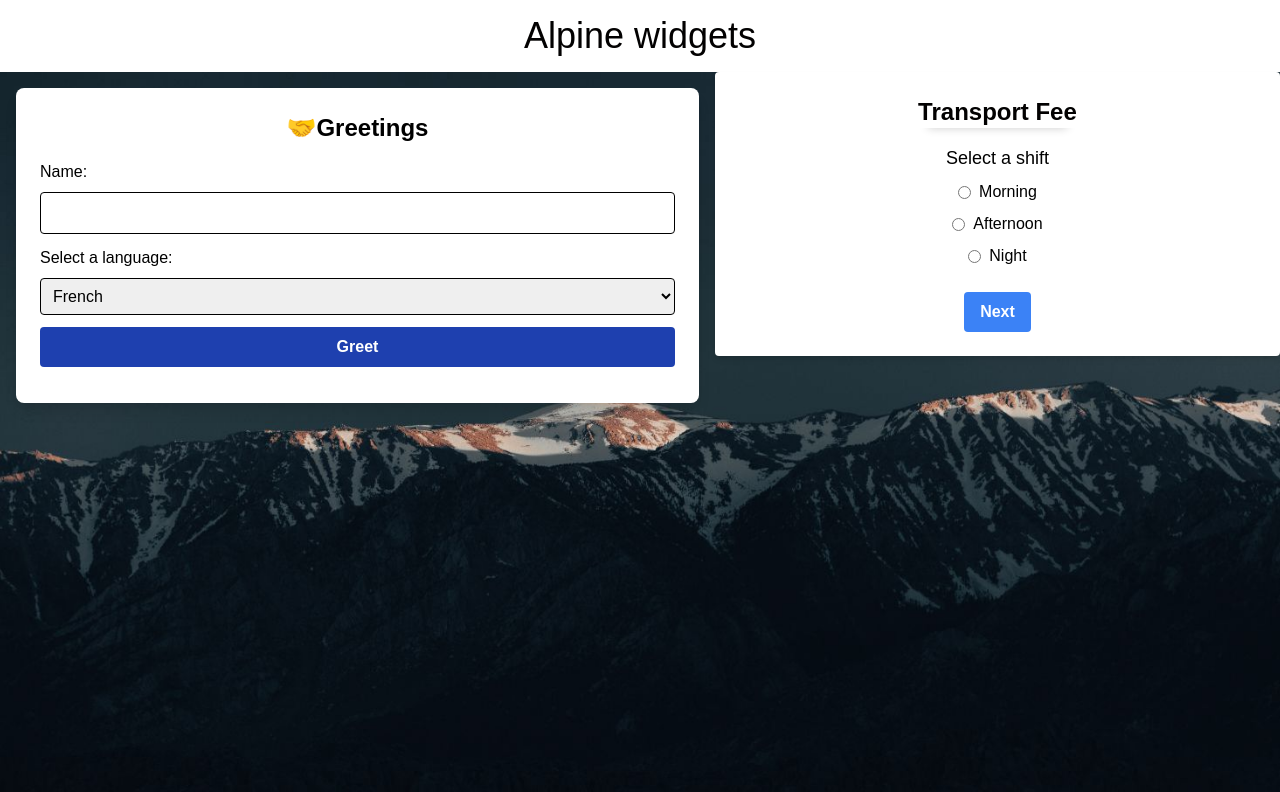
Repository: lasity34/alpine-bootcamp-widgets
Page: index.html
These files come from the project's save history. The page is drawn as it stood at one moment and after the next save; the edit follows.
The browser window is 1280 px wide. The pictures show the whole page.
Some web fonts or font styles are not loaded; a fallback is used. Some web libraries are served in a nearby version.

Above is the page before, as saved 2023-07-12 15:31:43.
Console error: ReferenceError: shift is not defined

After the next save:
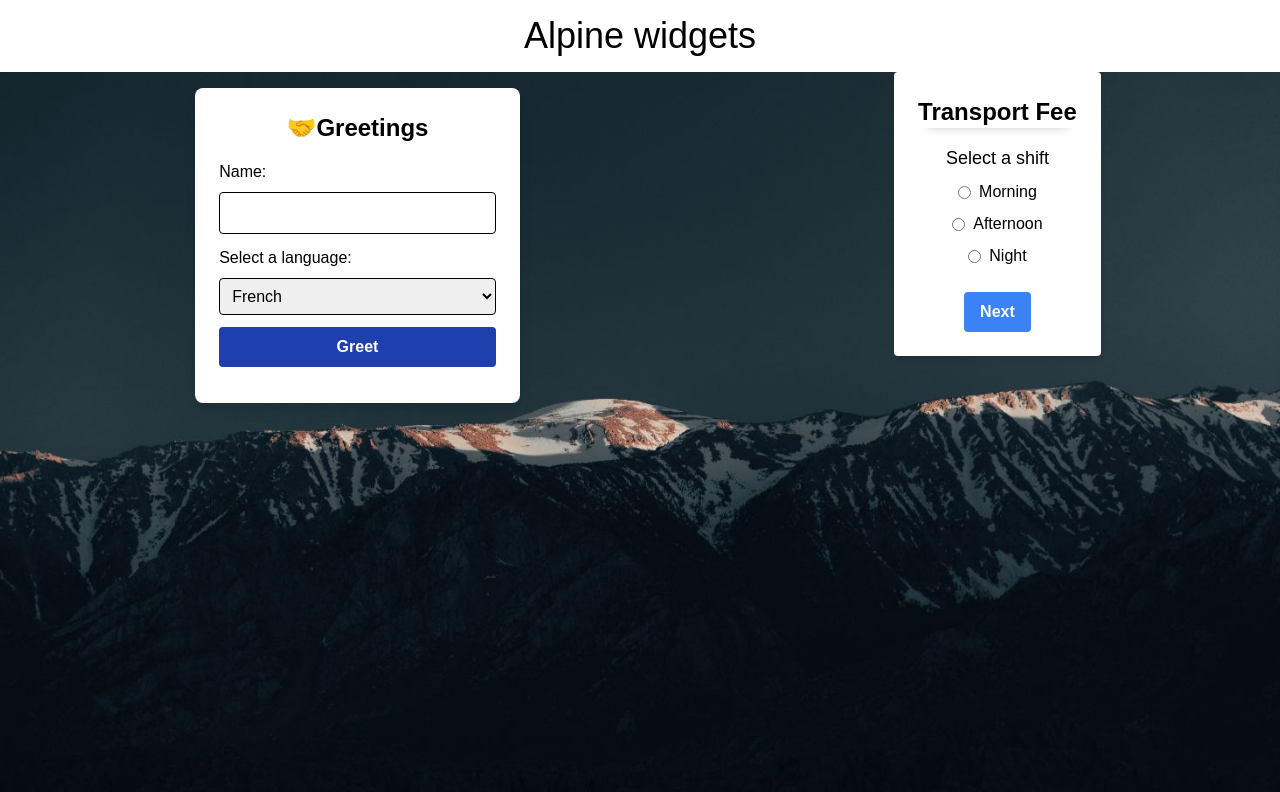
Saved 42 s later.
--- a/index.html
+++ b/index.html
@@ -22,7 +22,7 @@
     <h1 class="text-4xl text-center mt-4 pb-4">Alpine widgets</h1>
     <div class="widget_container flex justify-around items-start h-screen">
       <section
-        class="flex-grow bg-white rounded-lg shadow-lg p-6 m-4"
+        class=" bg-white rounded-lg shadow-lg p-6 m-4"
         x-data="greet"
       >
         <h2 class="text-2xl text-center font-bold mb-4">🤝Greetings</h2>
@@ -67,7 +67,7 @@
         </div>
       </section>
       <section
-        class="flex-grow flex flex-col items-center bg-white p-6 rounded shadow-md"
+        class=" flex flex-col items-center bg-white p-6 rounded shadow-md"
         x-data="transportFee"
       >
         <h1 class="text-2xl font-bold mb-4">Transport Fee</h1>
